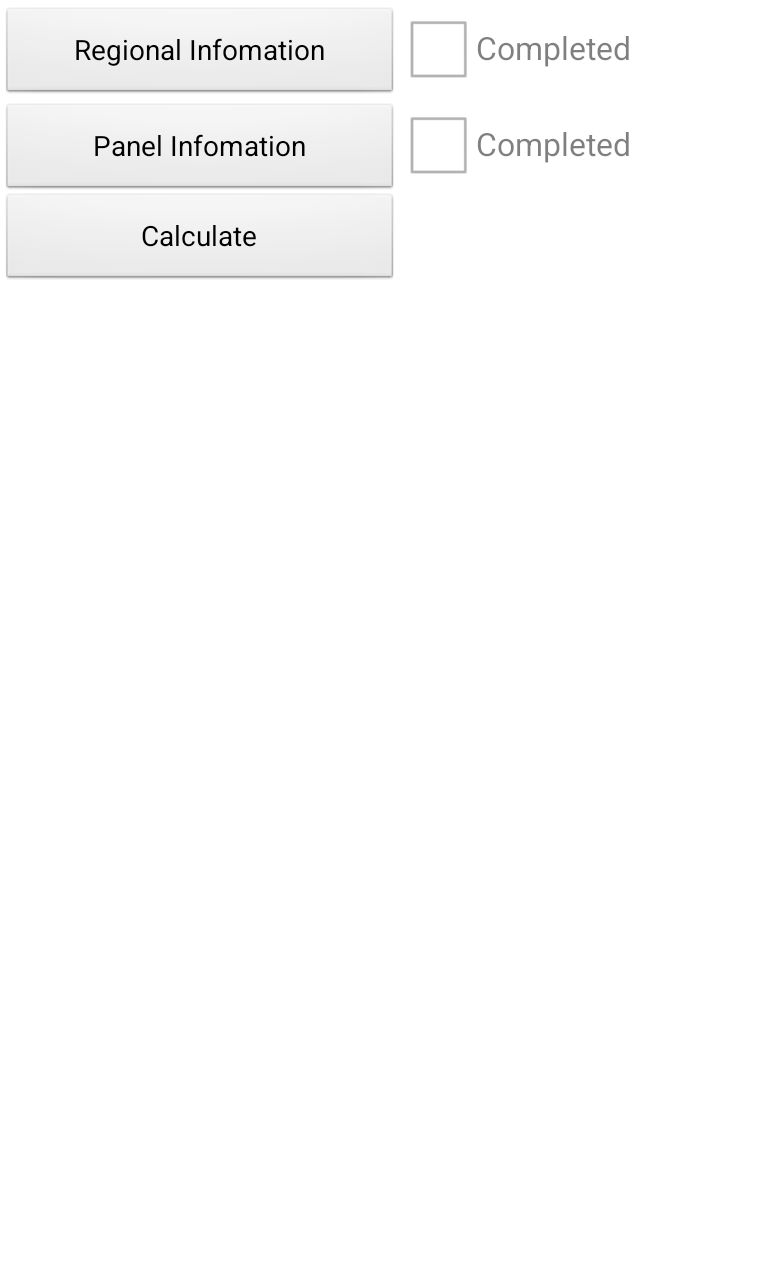
Repository: INBASD/Solar-Power-Project
Layout: Solar power calculator android/res/layout/menu.xml
The author's editor kept a copy of each file at every save. The layout is drawn from the files as they stood at one save, then again after the next save.
It is drawn on a 768 x 1280 px phone screen (xhdpi) without system bars, with theme AppTheme; the app's code is not run.

Above is the layout before, as saved 2012-09-08 05:01:20.

### Solar power calculator android/res/layout/menu.xml
<?xml version="1.0" encoding="utf-8"?>
<LinearLayout xmlns:android="http://schemas.android.com/apk/res/android"
    android:layout_width="match_parent"
    android:layout_height="match_parent"
    android:orientation="vertical" >

    <LinearLayout
        android:layout_width="match_parent"
        android:layout_height="wrap_content" >

        <Button
            android:id="@+id/button1"
            android:layout_width="200dp"
            android:layout_height="wrap_content"
            android:text="@string/areaInfo"
            android:onClick="areaInfo"/>

        <CheckBox
            android:id="@+id/regionDone"
            android:layout_width="wrap_content"
            android:layout_height="wrap_content"
            android:text="@string/completed"
            android:enabled="false" />

    </LinearLayout>

    <LinearLayout
        android:layout_width="match_parent"
        android:layout_height="wrap_content">

        <Button
            android:id="@+id/button2"
            android:layout_width="200dp"
            android:layout_height="wrap_content"
            android:text="@string/pnlInfo"
            android:onClick="pnlInfo" />

        <CheckBox
            android:id="@+id/pnlDone"
            android:layout_width="wrap_content"
            android:layout_height="wrap_content"
            android:text="@string/completed"
            android:enabled="false" />

    </LinearLayout>

     <LinearLayout
        android:layout_width="match_parent"
        android:layout_height="wrap_content">

    </LinearLayout>

     <Button
         android:id="@+id/calc"
         android:layout_width="200dp"
         android:layout_height="wrap_content"
         android:text="Calculate" />

</LinearLayout>

### Solar power calculator android/res/values/strings.xml
<resources>

    <string name="app_name">Solar Power calculator</string>
    <string name="hello_world">Hello world!</string>
    <string name="menu_settings">Settings</string>
    <string name="title_activity_main">Solar Calculator</string>
    <string name="enterLat">Enter Your Latitude</string>
    <string name="terrif">Enter Terrif</string>
    <string name="bcalc">Calculate!</string>
    <string name="title_activity_displayresults">DisplayResults</string>
    <string name="cloudcvr">Averate Cloud Cover Percentage</string>
    <string name="done">Done</string>
    <string name="areaInfo">Regional Infomation</string>
    <string name="pnlInfo">Panel Infomation</string>
    <string name="completed">Completed</string>

</resources>

Loaded but not shown: Solar power calculator android/res/values/styles.xml (common file)

After the next save:
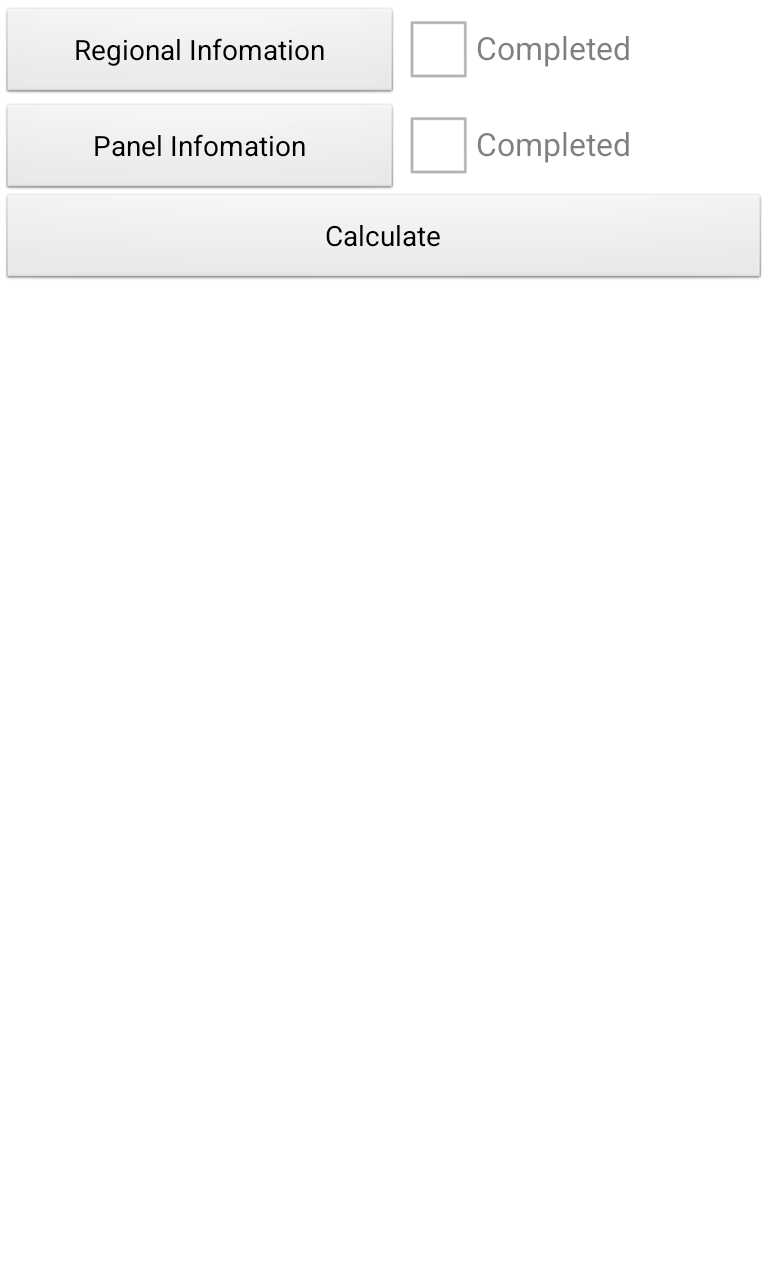
Saved 16 h 47 min later.
--- a/Solar power calculator android/res/layout/menu.xml
+++ b/Solar power calculator android/res/layout/menu.xml
@@ -44,15 +44,9 @@
 
     </LinearLayout>
 
-     <LinearLayout
-        android:layout_width="match_parent"
-        android:layout_height="wrap_content">
-
-    </LinearLayout>
-
      <Button
          android:id="@+id/calc"
-         android:layout_width="200dp"
+         android:layout_width="fill_parent"
          android:layout_height="wrap_content"
          android:text="Calculate" />
 
